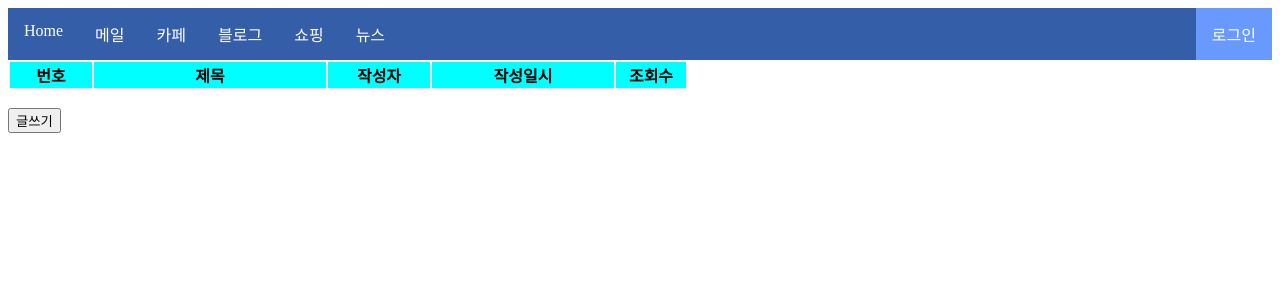
Repository: kdh2212/KDT_code
Page: http://localhost/20250808Web/boardList.jsp
An editor plug-in stored every save of this project. The page is shown before and after the next save, followed by the edit.
The browser window is 1280 px wide. The pictures show the whole page.
The page is served by Tomcat 9. Other server files are loaded and not shown. Queries for data that is not in the repository find no rows.

Above is the page before, as saved 2025-08-08 02:40:34.

### 20250808Web/src/main/webapp/boardList.jsp
<%@ page language="java" contentType="text/html; charset=UTF-8"
    pageEncoding="UTF-8"%>
<%@ page import="java.sql.*, javax.sql.*" %>
<%@ include  file="navbar.jspf"%>

<table>
 <tr>
        <th class="num"    >번호    </th>
        <th class="title"  >제목    </th>
        <th class="writer" >작성자  </th>
        <th class="regtime">작성일시</th>
        <th                >조회수  </th>
    </tr>
<%
Connection conn = null;
Statement stmt = null;
ResultSet rs = null;
try {
    Class.forName("com.mysql.cj.jdbc.Driver");
    conn = DriverManager.getConnection("jdbc:mysql://localhost:3305/du08", "root", "1234");
    stmt = conn.createStatement();
    rs = stmt.executeQuery("SELECT * FROM board");
    while (rs.next()) {
    	String num = rs.getString("num");
    	String title = rs.getString("title");


%>
<tr>

		<td><%=rs.getString("num") %></td>

		<td style="text-align:left;"><a href="boardUpdate.jsp?num=<%=num %>"><%=title %></a></td>
    	<td><%=rs.getString("writer") %></td>
    	<td><%=rs.getString("regtime") %></td>
    	<td><%=rs.getString("hits") %></td>

</tr>
<%
    }
} catch (SQLException e) {
    out.println("데이터베이스 오류: " + e.getMessage());
} catch (ClassNotFoundException e) {
    out.println("드라이버를 찾을 수 없습니다: " + e.getMessage());
} finally {
    try {
        if (rs != null) rs.close();
        if (stmt != null) stmt.close();
        if (conn != null) conn.close();
    } catch (SQLException e) {
        out.println("리소스를 닫는 도중 오류 발생: " + e.getMessage());
    }
}
%>
<!-- 여기 삭제 -->


</table>
<br>
<input type="button" value="글쓰기" onclick="location.href='boardWrite.jsp'">

</body>
</html>

### 20250808Web/src/main/webapp/navbar.jspf
<%@ page language="java" contentType="text/html; charset=UTF-8"
    pageEncoding="UTF-8"%>
<!DOCTYPE html>
<html>
<head>
<meta charset="UTF-8">
<title>Insert title here</title>
<style>
	ul {
	    list-style-type: none;
	    margin: 0;
	    padding: 0;
	    overflow: hidden;
	    background-color: rgb(53,94,169);
	    /* background-color:  #999 ; */
	}
	li {
	    float: left;
	}
	li a, .dropbtn {
	    display: inline-block;
	    color: white;
	    text-align: center;
	    padding: 14px 16px;
	    text-decoration: none;
	}
	li a:hover, .dropdown:hover .dropbtn {
	    /* background-color: red; */
	    background-color: #6799FF;
	}
	li.dropdown {
	    display: inline-block;
	}
	li a.active, a.active:hover{
	    /* background-color: #4CAF50; */
	    background-color: #6799FF;
	}
	.dropdown-content {
	    display: none;
	    position: absolute;
	    background-color: #f9f9f9;
	    min-width: 160px;
	    box-shadow: 0px 8px 16px 0px rgba(0,0,0,0.2);
	    z-index: 1;
	}
	.dropdown-content a {
	    color: black;
	    padding: 12px 16px;
	    text-decoration: none;
	    display: block;
	    text-align: left;
	}
	.dropdown-content a:hover {background-color: #f1f1f1}
	.dropdown:hover .dropdown-content {
	    display: block;
	}
	  table     { width:680px; text-align:center; }
        th        { background-color:cyan; }

        .num      { width: 80px; }
        .title    { width:230px; }
        .writer   { width:100px; }
        .regtime  { width:180px; }
        /*
        a:link    { text-decoration:none; color:blue; }
        a:visited { text-decoration:none; color:gray; }
        a:hover   { text-decoration:none; color:red;  }*/
</style>
</head>
<body>
	<ul>
		  <li><a href="#home">Home</a></li>
		  <li><a href="#mail">메일</a></li>
		  <li><a href="#cafe">카페</a></li>
		  <li><a href="#blog">블로그</a></li>
		  <li class="dropdown">
			    <a href="#shopping" class="dropbtn">쇼핑</a>
			    <div class="dropdown-content">
				      <a href="#">가전제품</a>
				      <a href="#">의류/악세사리</a>
				      <a href="#">가방/신발</a>
			    </div>
		  </li>
		  <li class="dropdown">
			    <a href="#new" class="dropbtn">뉴스</a>
			    <div class="dropdown-content">
			      <a href="#">정치</a>
				      <a href="#">경제</a>
				      <a href="#">생활/문화</a>
			    </div>
		  </li>
		  <li style="float:right"><a class="active" href="#login">로그인</a></li>
	</ul>

After the next save:
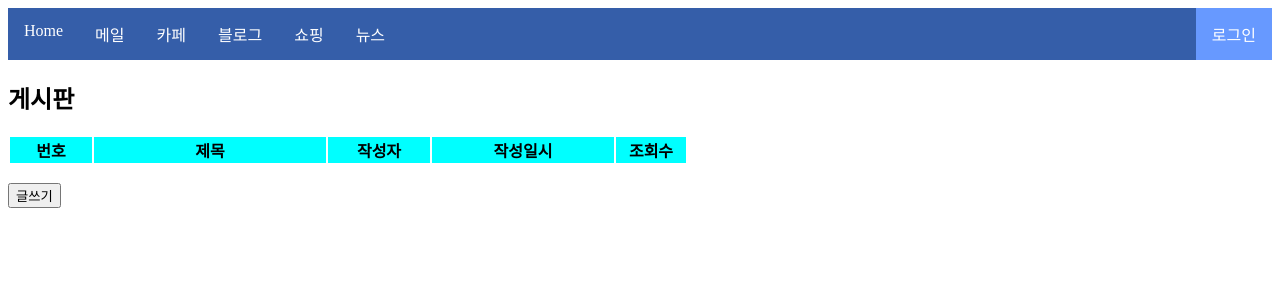
Saved 17 s later.
--- a/20250808Web/src/main/webapp/boardList.jsp
+++ b/20250808Web/src/main/webapp/boardList.jsp
@@ -2,7 +2,7 @@
     pageEncoding="UTF-8"%>
 <%@ page import="java.sql.*, javax.sql.*" %>
 <%@ include  file="navbar.jspf"%>
-
+<h2>게시판</h2>
 <table>
  <tr>
         <th class="num"    >번호    </th>

After the save that followed:
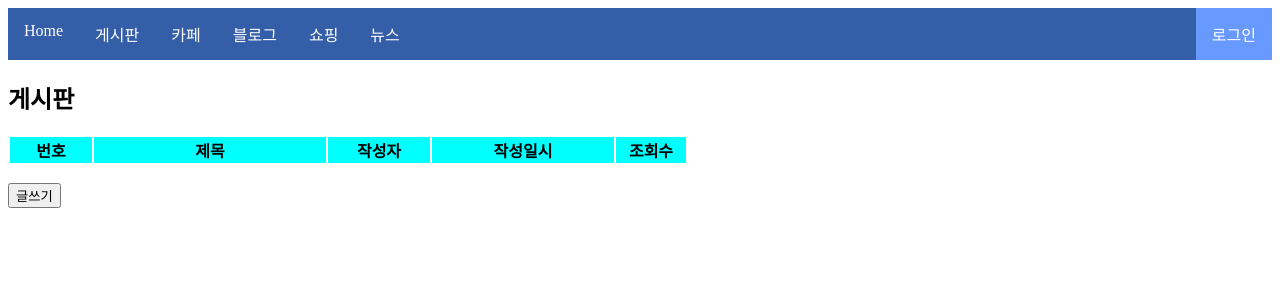
Saved 35 s later.
--- a/20250808Web/src/main/webapp/navbar.jspf
+++ b/20250808Web/src/main/webapp/navbar.jspf
@@ -70,7 +70,7 @@
 <body>
 	<ul>
 		  <li><a href="#home">Home</a></li>
-		  <li><a href="#mail">메일</a></li>
+		  <li><a href="#mail">게시판</a></li>
 		  <li><a href="#cafe">카페</a></li>
 		  <li><a href="#blog">블로그</a></li>
 		  <li class="dropdown">
